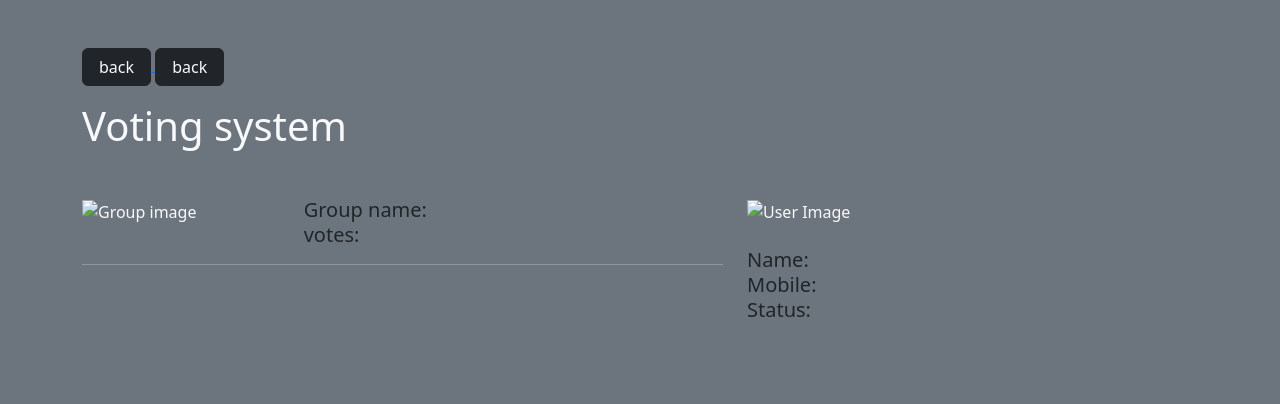
Repository: AvinashLikesToLearnNewStuff/VotingSite
Page: http://localhost/partials/dashboard.php
These files come from the project's save history. The page is drawn as it stood at one moment and after the next save; the edit follows.
The browser window is 1280 px wide. The pictures show the whole page.
The page is run by PHP 8.4 with error messages shown; the project is at /var/www/html/.

Above is the page before, as saved 2023-03-10 19:50:33.

### partials/dashboard.php
<!DOCTYPE html>
<html lang="en">
<head>
    <meta charset="UTF-8">
    <meta http-equiv="X-UA-Compatible" content="IE=edge">
    <meta name="viewport" content="width=device-width, initial-scale=1.0">
    <title>Voting System dashboard</title>
        <!-- bootstrap css link -->
     <link href="https://cdn.jsdelivr.net/npm/bootstrap@5.2.3/dist/css/bootstrap.min.css" rel="stylesheet" integrity="sha384-rbsA2VBKQhggwzxH7pPCaAqO46MgnOM80zW1RWuH61DGLwZJEdK2Kadq2F9CUG65" crossorigin="anonymous">


</head>

<body class="bg-secondary text-light">
    <div class="container my-5">

    <a href="../">
        <button class="btn btn-dark text-light px-3">back</button>
    </a>
    <a href="logout.php">

        <button class="btn btn-dark text-light px-3">back</button>
    </a>
<h1 class = "my-3">Voting system</h1>
<div class="row my-5">
    <div class="col-md-7">
        <!-- groups -->
        <div class="row">
            <div class="col-md-4 mx-auto d-block">

<img src="" alt="Group image">
            </div>
            <div class="col-md-8">
<strong class="text-dark h5">Group name:</strong><br>
<strong class="text-dark h5">votes:</strong><br>
            </div>
        </div>
    <hr>
    </div>
    <div class="col-md-5">
        <!-- user -->
        <img src="" alt="User Image">
        <br>
        <br>
<strong class="text-dark h5">Name:</strong><br>
<strong class="text-dark h5">Mobile:</strong><br>
<strong class="text-dark h5">Status:</strong><br>
    </div>
</div>
    </div>
</body>
</html>

After the next save:
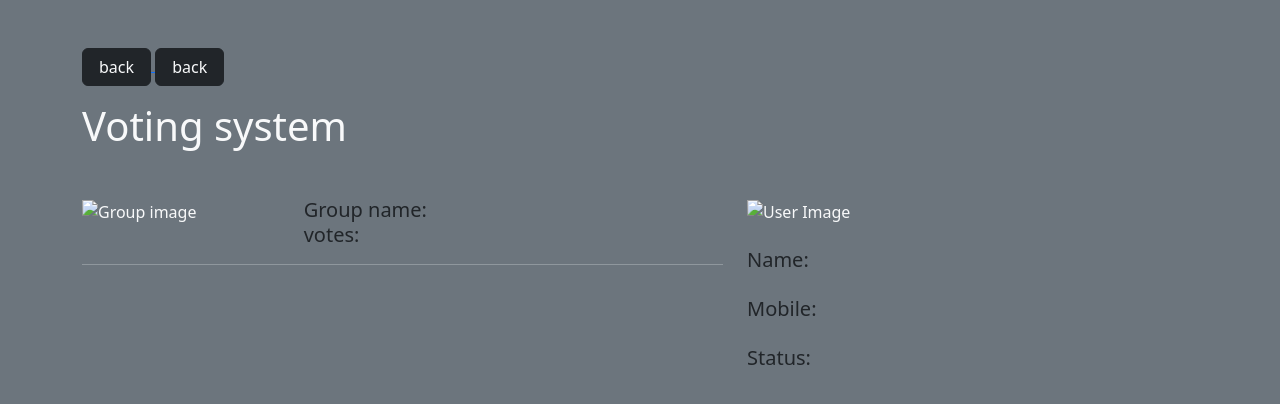
Saved 31 s later.
--- a/partials/dashboard.php
+++ b/partials/dashboard.php
@@ -42,9 +42,9 @@
         <img src="" alt="User Image">
         <br>
         <br>
-<strong class="text-dark h5">Name:</strong><br>
-<strong class="text-dark h5">Mobile:</strong><br>
-<strong class="text-dark h5">Status:</strong><br>
+<strong class="text-dark h5">Name:</strong><br><br>
+<strong class="text-dark h5">Mobile:</strong><br><br>
+<strong class="text-dark h5">Status:</strong><br><br>
     </div>
 </div>
     </div>
